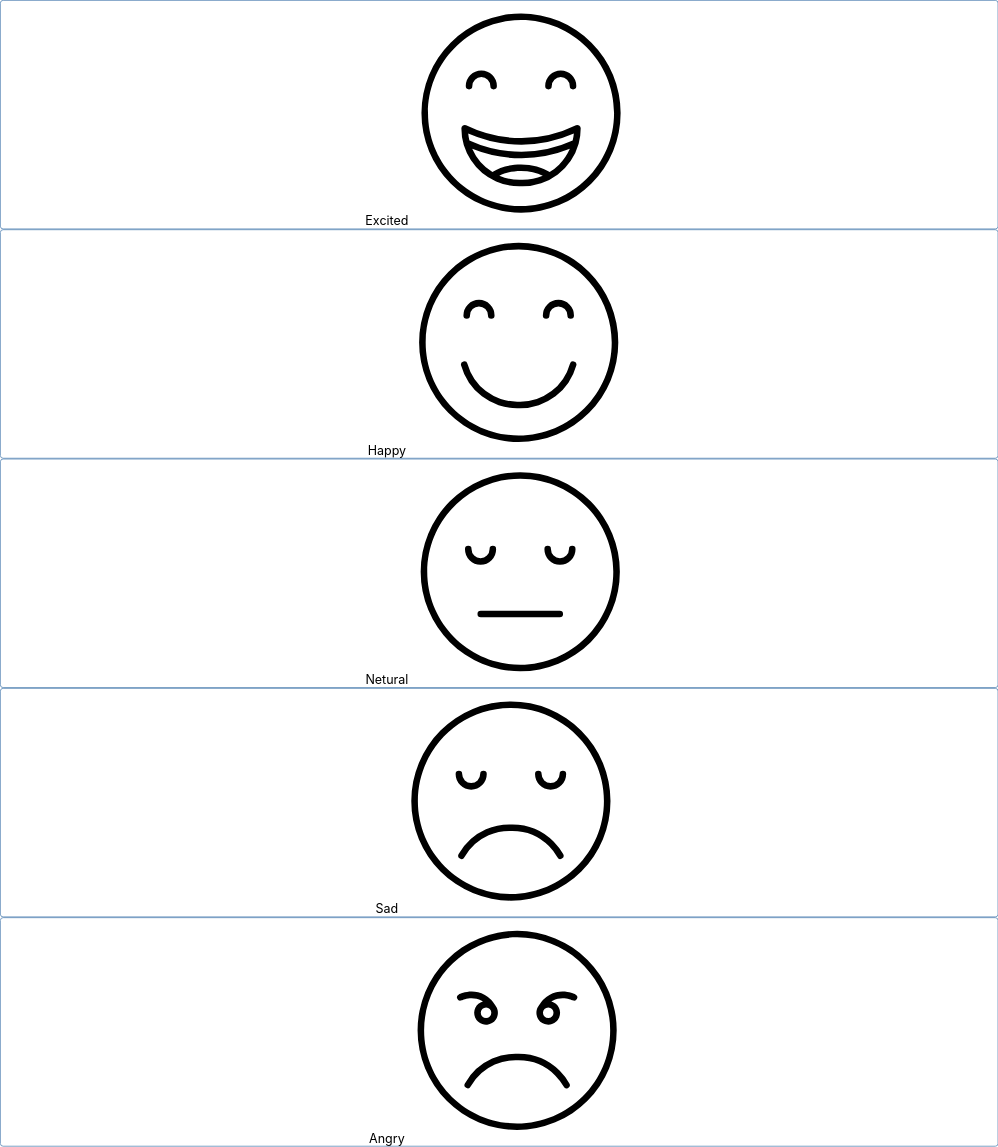
Repository: majakesin/moodify-app
Page: /
An editor plug-in stored every save of this project. The page is shown before and after the next save, followed by the edit.
The browser window is 1280 px wide. The pictures show the whole page, at 78% of full size.
The project was rebuilt for these pictures with package versions that can differ from the ones it lists, and the page was loaded fresh each time.

Above is the page before, as saved 2023-08-21 11:39:37.

### public/index.html
<!DOCTYPE html>
<html lang="en">
  <head>
    <meta charset="utf-8" />
    <link rel="icon" href="%PUBLIC_URL%/logo.svg" />
    <meta name="viewport" content="width=device-width, initial-scale=1" />
    <meta name="theme-color" content="#000000" />
    <meta
      name="description"
      content="Moodify -- App that gives yours ears the best music based on your mood"
    />
    <link rel="apple-touch-icon" href="%PUBLIC_URL%/logo.svg" />
    <!--
      manifest.json provides metadata used when your web app is installed on a
      user's mobile device or desktop. See https://developers.google.com/web/fundamentals/web-app-manifest/
    -->
    <link rel="manifest" href="%PUBLIC_URL%/manifest.json" />
    <!--
      Notice the use of %PUBLIC_URL% in the tags above.
      It will be replaced with the URL of the `public` folder during the build.
      Only files inside the `public` folder can be referenced from the HTML.

      Unlike "/favicon.ico" or "favicon.ico", "%PUBLIC_URL%/favicon.ico" will
      work correctly both with client-side routing and a non-root public URL.
      Learn how to configure a non-root public URL by running `npm run build`.
    -->
    <title>Moodify</title>
  </head>
  <body>
    <noscript>You need to enable JavaScript to run this app.</noscript>
    <div id="root"></div>
    <!--
      This HTML file is a template.
      If you open it directly in the browser, you will see an empty page.

      You can add webfonts, meta tags, or analytics to this file.
      The build step will place the bundled scripts into the <body> tag.

      To begin the development, run `npm start` or `yarn start`.
      To create a production bundle, use `npm run build` or `yarn build`.
    -->
  </body>
</html>

### src/App.js
import './App.css';
import {moods}  from 'src/data/moods'
import Mood from './components/Mood';

function App() {
  return (
    <div className="App">
      {moods.map(({type,icon}) => {
        return (<Mood type={type} icon={icon} />)
      })}
    </div>
  );
}

export default App;

### src/data/moods.js
export const moods = [
    {
        type: 'Excited',
        icon: <svg id="SvgjsSvg1081" width="288" height="288" xmlns="http://www.w3.org/2000/svg" version="1.1" xmlnsXlink="http://www.w3.org/1999/xlink" xmlnsSvgjs="http://svgjs.com/svgjs">
                <defs id="SvgjsDefs1082"></defs>
                <g id="SvgjsG1083">
                    <svg xmlns="http://www.w3.org/2000/svg" data-name="Layer 1" viewBox="0 0 512 512" width="288" height="288">
                        <path fill="currentcolor" d="M416.51318,95.48682A226.99992,226.99992,0,1,0,95.48682,416.51318,226.99992,226.99992,0,1,0,416.51318,95.48682ZM256,468C139.103,468,44,372.897,44,256S139.103,44,256,44s212,95.103,212,212S372.897,468,256,468ZM137.5,202a7.50006,7.50006,0,0,0,7.5-7.5,20.5,20.5,0,0,1,41,0,7.5,7.5,0,0,0,15,0,35.5,35.5,0,0,0-71,0A7.50006,7.50006,0,0,0,137.5,202Zm181,0a7.50006,7.50006,0,0,0,7.5-7.5,20.5,20.5,0,0,1,41,0,7.5,7.5,0,0,0,15,0,35.5,35.5,0,0,0-71,0A7.50006,7.50006,0,0,0,318.5,202Zm69.95947,82.13037a7.49875,7.49875,0,0,0-7.27832-.356A284.51645,284.51645,0,0,1,257.5,313h-1.48a284.55042,284.55042,0,0,1-125.2002-29.2251A7.4999,7.4999,0,0,0,120,290.5a132.31839,132.31839,0,0,0,79.15625,121.32324A131.47888,131.47888,0,0,0,252.5,423h7a132.5854,132.5854,0,0,0,127.794-97.37988A133.06894,133.06894,0,0,0,392,290.5,7.5003,7.5003,0,0,0,388.45947,284.13037ZM259.5,408h-7a116.58888,116.58888,0,0,1-46.02222-9.36157C219.72205,391.8783,237.33752,388,256.002,388c18.66236,0,36.27466,3.87708,49.51734,10.63538A116.56076,116.56076,0,0,1,259.5,408Zm83.08691-34.41309a117.56809,117.56809,0,0,1-21.38024,16.93219C305.07166,379.48517,281.17847,373,256.002,373c-25.18383,0-49.0852,6.48932-65.22168,17.52966a116.81051,116.81051,0,0,1-46.07495-53.13611,299.90773,299.90773,0,0,0,111.31323,21.61036c.5044,0,1.01612-.00147,1.52051-.00391A300.023,300.023,0,0,0,367.2478,337.40454,117.86031,117.86031,0,0,1,342.58691,373.58691ZM373.6593,318.347A284.8703,284.8703,0,0,1,257.46094,344c-.49219.00293-.97412.00391-1.46387.00391a284.90227,284.90227,0,0,1-117.65942-25.65967,117.74477,117.74477,0,0,1-2.72388-15.77832A299.64178,299.64178,0,0,0,256.02,328h1.519a299.80874,299.80874,0,0,0,118.84668-25.43555A117.6884,117.6884,0,0,1,373.6593,318.347Z" class="color2c2b2d svgShape"></path>
                    </svg>
                </g>
             </svg>
    },
    {
        type: 'Happy',
        icon: <svg id="SvgjsSvg1102" width="288" height="288" xmlns="http://www.w3.org/2000/svg" version="1.1" xmlnsXlink="http://www.w3.org/1999/xlink" xmlnsSvgjs="http://svgjs.com/svgjs">
                <defs id="SvgjsDefs1103"></defs>
                <g id="SvgjsG1104">
                    <svg xmlns="http://www.w3.org/2000/svg" data-name="Layer 1" viewBox="0 0 512 512" width="288" height="288">
                        <path fill="currentcolor" d="M382.042,299.40674a7.496,7.496,0,0,0-9.21582,5.251A117.42927,117.42927,0,0,1,259.5,391h-7a117.41578,117.41578,0,0,1-113.32715-86.33447,7.49971,7.49971,0,1,0-14.46484,3.96875A132.417,132.417,0,0,0,252.5,406h7a132.58733,132.58733,0,0,0,127.793-97.37744A7.4999,7.4999,0,0,0,382.042,299.40674ZM416.51367,95.48682A227.00026,227.00026,0,0,0,95.48633,416.51318,227.00026,227.00026,0,0,0,416.51367,95.48682ZM256,468C139.10254,468,44,372.897,44,256S139.10254,44,256,44s212,95.103,212,212S372.89746,468,256,468ZM137.5,202a7.49974,7.49974,0,0,0,7.5-7.5,20.5,20.5,0,0,1,41,0,7.5,7.5,0,0,0,15,0,35.5,35.5,0,0,0-71,0A7.49974,7.49974,0,0,0,137.5,202Zm181,0a7.49974,7.49974,0,0,0,7.5-7.5,20.5,20.5,0,0,1,41,0,7.5,7.5,0,0,0,15,0,35.5,35.5,0,0,0-71,0A7.49974,7.49974,0,0,0,318.5,202Z" class="color2c2b2d svgShape"></path>
                    </svg>
                </g>
            </svg> ,
    },
    {
        type: 'Netural',
        icon: <svg id="SvgjsSvg1123" width="288" height="288" xmlns="http://www.w3.org/2000/svg" version="1.1" xmlnsXlink="http://www.w3.org/1999/xlink" xmlnsSvgjs="http://svgjs.com/svgjs">
                <defs id="SvgjsDefs1124"></defs>
                <g id="SvgjsG1125">
                    <svg xmlns="http://www.w3.org/2000/svg" data-name="Layer 1" viewBox="0 0 512 512" width="288" height="288">
                        <path fill="currentcolor" d="M201,204.5a7.5,7.5,0,0,0-15,0,20.5,20.5,0,0,1-41,0,7.5,7.5,0,0,0-15,0,35.5,35.5,0,0,0,71,0ZM374.5,197a7.50006,7.50006,0,0,0-7.5,7.5,20.5,20.5,0,0,1-41,0,7.5,7.5,0,0,0-15,0,35.5,35.5,0,0,0,71,0A7.50006,7.50006,0,0,0,374.5,197ZM416.51318,95.48682A226.99992,226.99992,0,1,0,95.48682,416.51318,226.99992,226.99992,0,1,0,416.51318,95.48682ZM256,468C139.103,468,44,372.897,44,256S139.103,44,256,44s212,95.103,212,212S372.897,468,256,468Zm90-123H166a7.5,7.5,0,0,0,0,15H346a7.5,7.5,0,0,0,0-15Z" class="color2c2b2d svgShape"></path>
                    </svg>
                </g>
            </svg>,
    },
    {
        type: 'Sad',
        icon: <svg id="SvgjsSvg1193" width="288" height="288" xmlns="http://www.w3.org/2000/svg" version="1.1" xmlnsXlink="http://www.w3.org/1999/xlink" xmlnsSvgjs="http://svgjs.com/svgjs">
                <defs id="SvgjsDefs1194"></defs>
                <g id="SvgjsG1195">
                    <svg xmlns="http://www.w3.org/2000/svg" data-name="Layer 1" viewBox="0 0 512 512" width="288" height="288">
                         <path fill="currentcolor" d="M165.5,230A35.54028,35.54028,0,0,0,201,194.5a7.5,7.5,0,0,0-15,0,20.5,20.5,0,0,1-41,0,7.5,7.5,0,0,0-15,0A35.54028,35.54028,0,0,0,165.5,230Zm209-43a7.50006,7.50006,0,0,0-7.5,7.5,20.5,20.5,0,0,1-41,0,7.5,7.5,0,0,0-15,0,35.5,35.5,0,0,0,71,0A7.50006,7.50006,0,0,0,374.5,187ZM353.19336,347.94678A132.16887,132.16887,0,0,0,259.5,309.14014h-7a131.47793,131.47793,0,0,0-53.34082,11.17529,133.55143,133.55143,0,0,0-62.24854,56.51221,7.50013,7.50013,0,0,0,13.07911,7.34472,118.4576,118.4576,0,0,1,55.21435-50.1289A116.57358,116.57358,0,0,1,252.5,324.14014h7a117.16738,117.16738,0,0,1,83.08691,34.41308,117.92616,117.92616,0,0,1,19.42432,25.62061,7.5,7.5,0,0,0,13.07715-7.34766A132.92018,132.92018,0,0,0,353.19336,347.94678Zm63.31982-252.46A226.99992,226.99992,0,1,0,95.48682,416.51318,226.99992,226.99992,0,1,0,416.51318,95.48682ZM256,468C139.103,468,44,372.897,44,256S139.103,44,256,44s212,95.103,212,212S372.897,468,256,468Z" class="color2c2b2d svgShape"></path>
                    </svg>
                </g>
            </svg>,
    },
    {
        type: 'Angry',
        icon: <svg id="SvgjsSvg1217" width="288" height="288" xmlns="http://www.w3.org/2000/svg" version="1.1" xmlnsXlink="http://www.w3.org/1999/xlink" xmlnSvgjs="http://svgjs.com/svgjs">
                <defs id="SvgjsDefs1218"></defs>
                     <g id="SvgjsG1219">
                        <svg xmlns="http://www.w3.org/2000/svg" data-name="Layer 1" viewBox="0 0 512 512" width="288" height="288">
                            <path fill="currentcolor" d="M353.19336,347.94629A132.1737,132.1737,0,0,0,259.5,309.13965h-7a131.5101,131.5101,0,0,0-53.3418,11.17578,133.55212,133.55212,0,0,0-62.24707,56.51172,7.49995,7.49995,0,0,0,13.07813,7.3457A118.46814,118.46814,0,0,1,205.20313,334.043,116.60013,116.60013,0,0,1,252.5,324.13965h7a117.16506,117.16506,0,0,1,83.08691,34.41406,117.92838,117.92838,0,0,1,19.42481,25.62012,7.49957,7.49957,0,1,0,13.07617-7.34766A132.91978,132.91978,0,0,0,353.19336,347.94629ZM416.51367,95.48682A227.00044,227.00044,0,0,0,95.48633,416.51367,227.00044,227.00044,0,0,0,416.51367,95.48682ZM256,468C139.10254,468,44,372.89746,44,256,44,139.103,139.10254,44,256,44s212,95.103,212,212C468,372.89746,372.89746,468,256,468ZM175.12207,188.29736c.96533.53955,1.88086,1.10938,2.769,1.69336a27.02454,27.02454,0,1,0,28.58863,9.52246,62.7776,62.7776,0,0,0-24.04029-24.31005c-27.82519-15.55176-56.1748-2.73292-59.31445-1.21973a7.49994,7.49994,0,1,0,6.50977,13.51367C132.05762,186.33057,153.91113,176.44189,175.12207,188.29736ZM185.12012,204a12,12,0,1,1-12,12A12.01344,12.01344,0,0,1,185.12012,204ZM388.875,173.9834c-3.1416-1.51367-31.49121-14.33447-59.31348,1.21924a62.778,62.778,0,0,0-24.04126,24.31054,26.989,26.989,0,1,0,28.58887-9.52234c.88843-.58435,1.804-1.15429,2.76978-1.694,21.21191-11.85743,43.06347-1.96631,45.48632-.79981A7.49994,7.49994,0,1,0,388.875,173.9834ZM338.87988,216a12,12,0,1,1-12-12A12.01343,12.01343,0,0,1,338.87988,216Z" class="color2c2b2d svgShape"></path>
                        </svg>
                    </g>
            </svg>
    }
]

### src/components/Mood/index.jsx
import styles from './index.module.css';

const Mood = (props) => {

    const {type, icon} = props;

    return (
        <div className={styles.card}>
            {type}
            {icon}
        </div>
    )
};

export default Mood;

### src/components/Mood/index.module.css

@import '../../styles/variables.css';

.card {
    border: 1px solid var(--first-color);
    border-radius: 4px;
}

### src/styles/variables.css
:root,
    :root.blue {
        --first-color: #5585b5;
        --second-color: #53a8b6;
        --third-color: #79c2d0;
        --fourth-color: #bbe4e9;
    }
    :root.rainbow {
        --first-color: #cbf078;
        --second-color: #f8f398;
        --third-color: #f1b963;
        --fourth-color: #e46161;
    }
    :root.pink {
        --first-color: #45171d;
        --second-color: #e84a5f;
        --third-color: #ff847c;
        --fourth-color: #fecea8;

    }

Loaded but not shown: src/index.js (common file); src/index.css (common file); src/reportWebVitals.js (common file); src/App.css (common file)

After the next save:
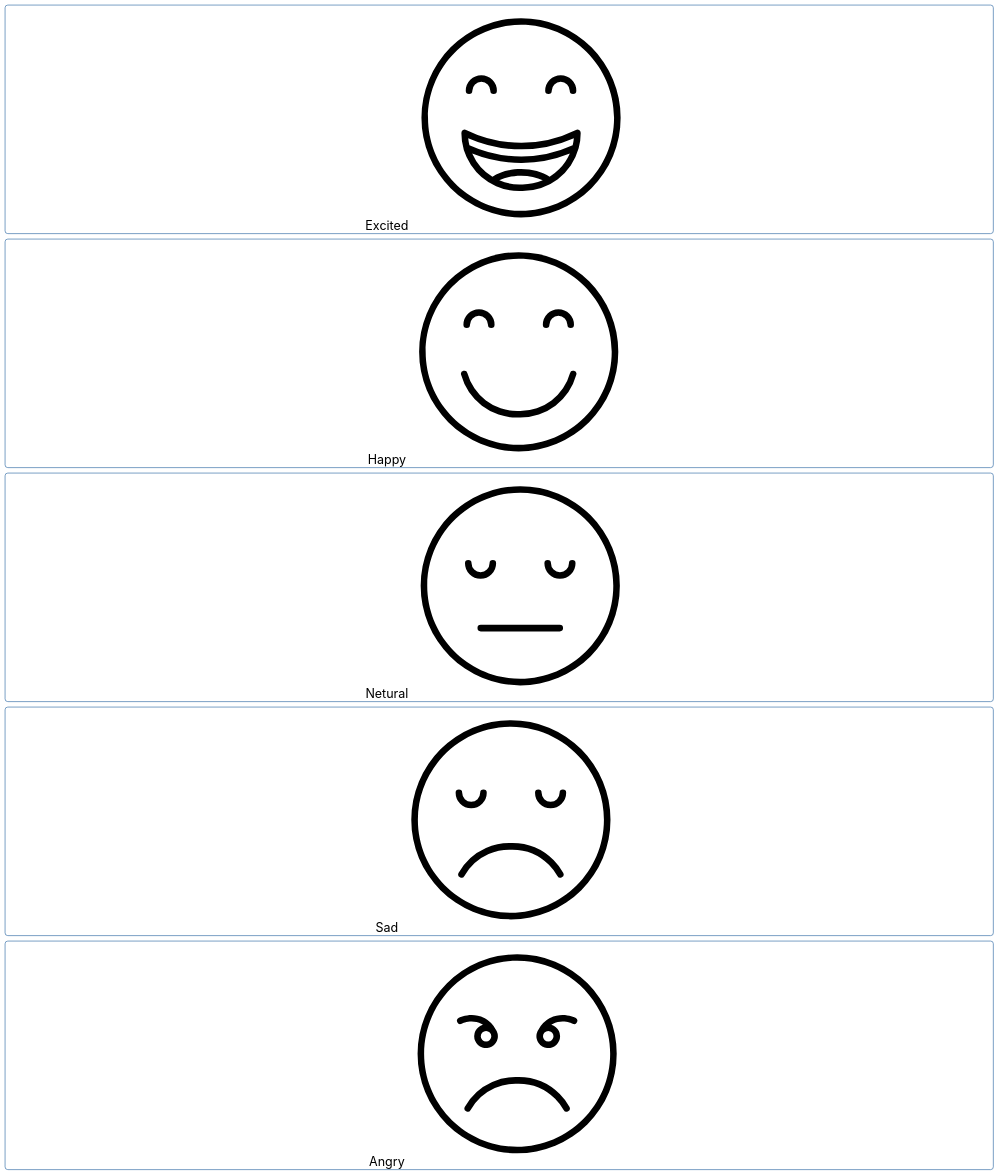
Saved 2 min 23 s later.
--- a/src/components/Mood/index.module.css
+++ b/src/components/Mood/index.module.css
@@ -4,4 +4,5 @@
 .card {
     border: 1px solid var(--first-color);
     border-radius: 4px;
+    margin: 6px;
 }
